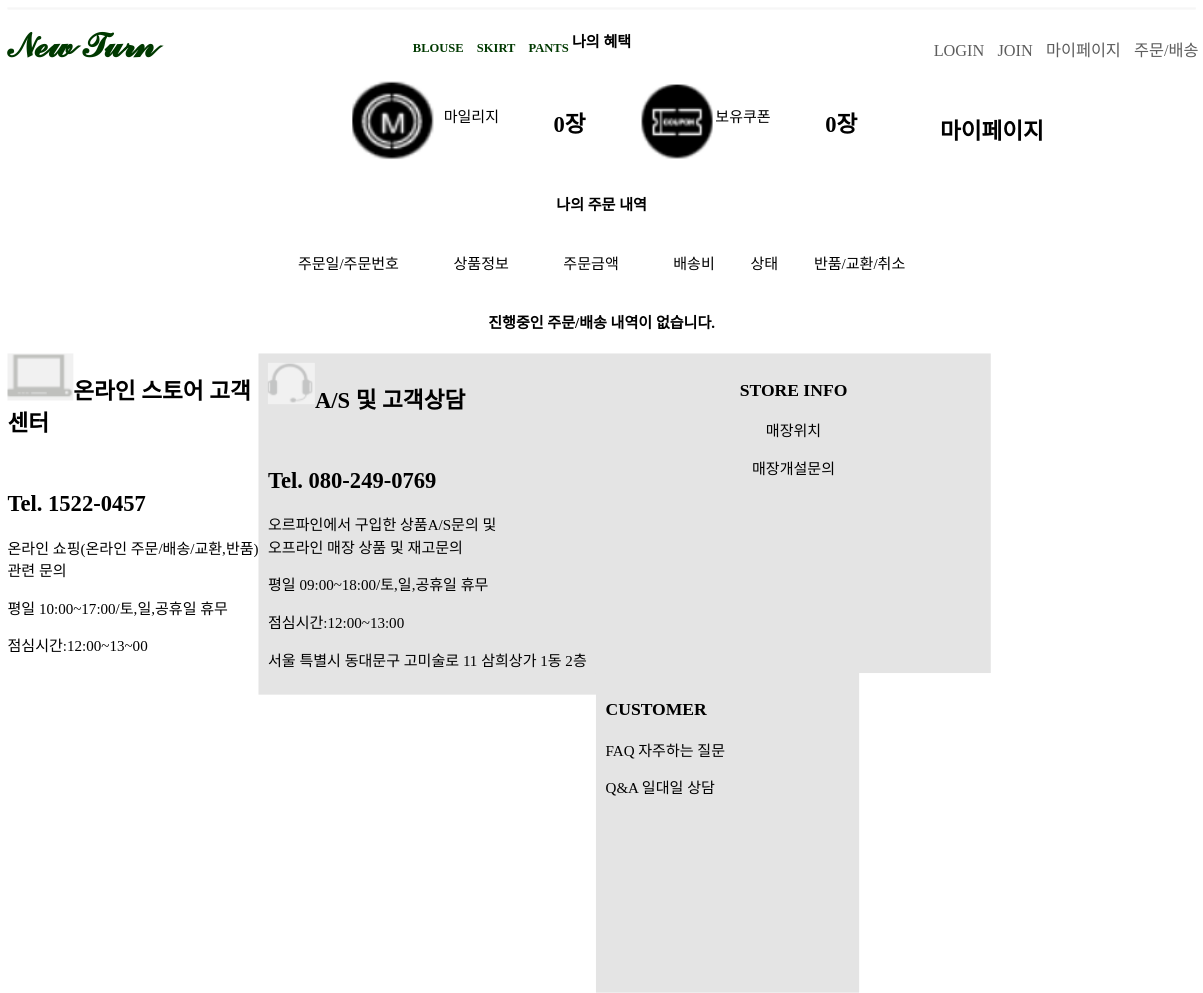
Repository: won0108/Port-Folio
Page: Creating_Homepage/Shopping/WebContent/마이페이지.html
These files come from the project's save history. The page is drawn as it stood at one moment and after the next save; the edit follows.
The browser window is 1280 px wide. The pictures show the whole page, at 94% of full size.

Above is the page before, as saved 2020-12-03 08:22:31.

After the next save:
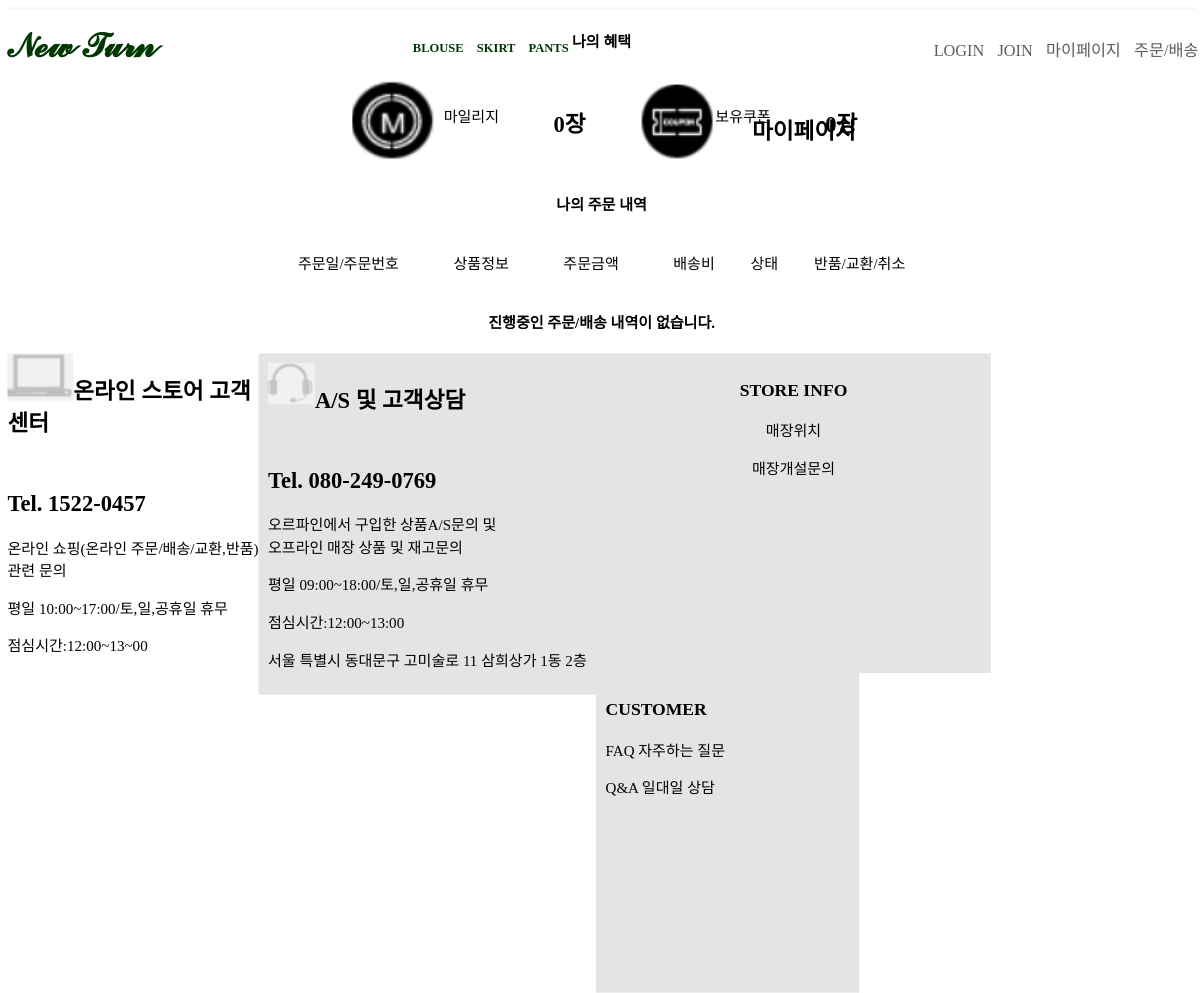
Saved 8 s later.
--- a/Creating_Homepage/Shopping/WebContent/마이페이지.html
+++ b/Creating_Homepage/Shopping/WebContent/마이페이지.html
@@ -67,7 +67,7 @@
 		</ul>
 	</div>
 
-<h2 style="position: absolute; top: 100px; left: 1000px;">마이페이지</h2>
+<h2 style="position: absolute; top: 100px; left: 800px;">마이페이지</h2>
 <hr color="#F6F6F6">
 <h4 align="center">나의 혜택</h4>
 <table align="center">
